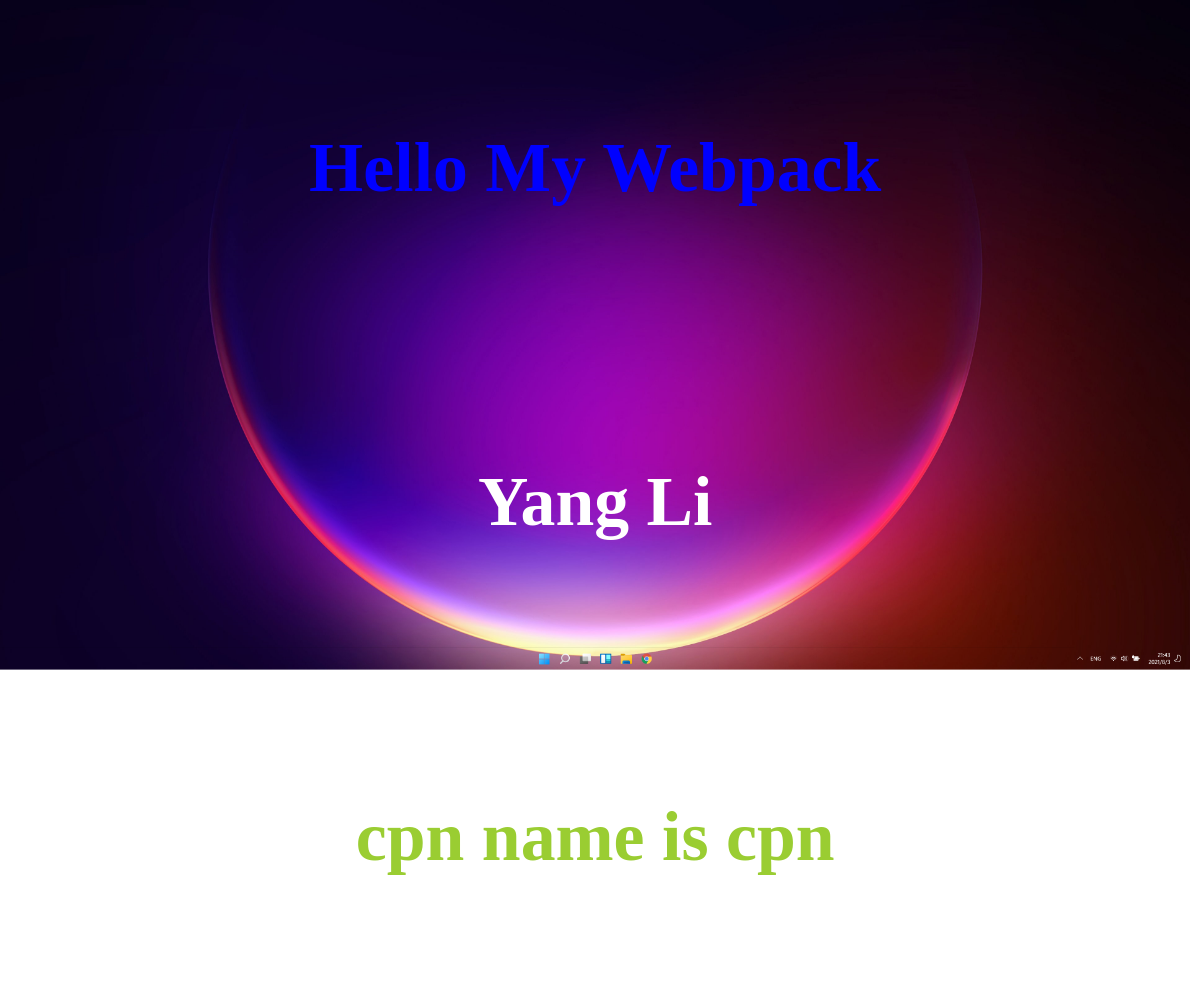
Repository: ErosHai/Home
Page: / (app in vscode/webpack/)
The author's editor kept a copy of each file at every save. The page is drawn from the files as they stood at one save, then again after the next save.
The browser window is 1280 px wide. The pictures show the whole page, at 93% of full size.
The project was rebuilt for these pictures with package versions that can differ from the ones it lists, and the page was loaded fresh each time. Also part of the build but not shown: vscode/webpack/webpack.config.js.

Above is the page before, as saved 2021-08-31 19:59:07.

After the next save:
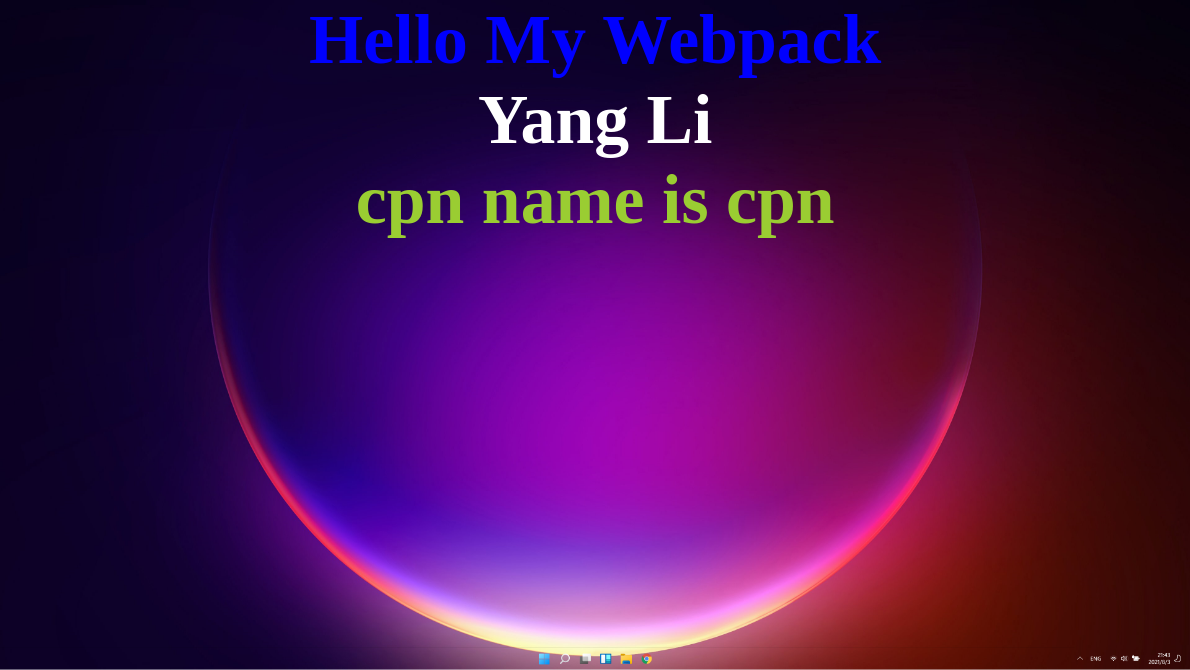
Saved 82 s later.
--- a/vscode/webpack/src/css/less.less
+++ b/vscode/webpack/src/css/less.less
@@ -5,7 +5,6 @@ body {
   font-size: @fontSize;
   color: @fontColor;
   text-align: center;
-  line-height: 50vh;
   margin: 0 auto;
   background: url('../img/windows11.png')  no-repeat;
   background-size : cover;
